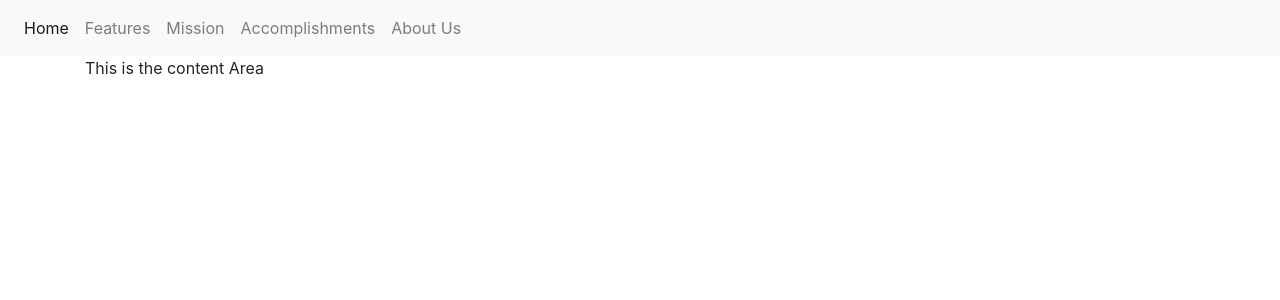
Repository: vipulx44/Prayas-Seva
Page: http://localhost/
These files come from the project's save history. The page is drawn as it stood at one moment and after the next save; the edit follows.
The browser window is 1280 px wide. The pictures show the whole page.
Some web libraries are served in a nearby version. The page is run by PHP 8.4 with error messages shown; the project is at /var/www/html/.

Above is the page before, as saved 2017-09-23 14:28:45.

After the next save:
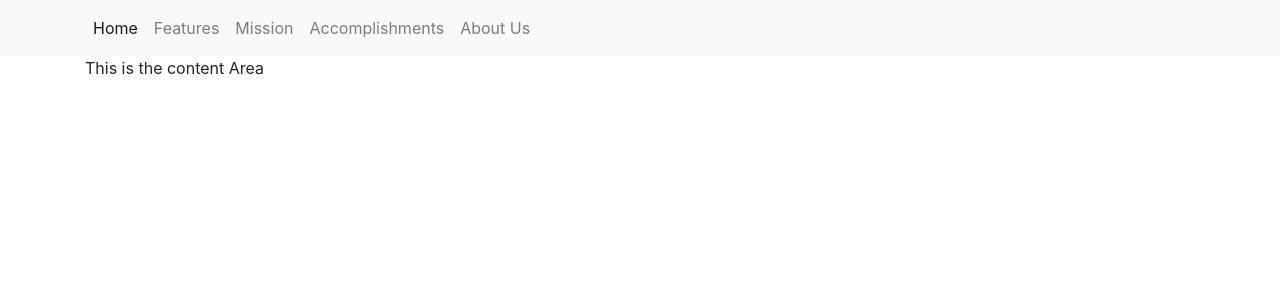
Saved 57 s later.
--- a/Prayasfirst/index.php
+++ b/Prayasfirst/index.php
@@ -22,8 +22,9 @@
 	<body>
 
 			<nav class="navbar navbar-expand-lg navbar-light bg-light">
+				<div class="container">
+			  <div class="collapse navbar-collapse" id="navbarNav">
 
-			  <div class="collapse navbar-collapse" id="navbarNav">
 			    <ul class="navbar-nav">
 			      <li class="nav-item active">
 			        <a class="nav-link" href="#">Home <span class="sr-only">(current)</span></a>
@@ -41,6 +42,7 @@
 			        <a class="nav-link" href="#">About Us</a>
 			      </li>
 			    </ul>
+			    </div>
 			  </div>
 			</nav><!-- End Main Navigation -->
 
